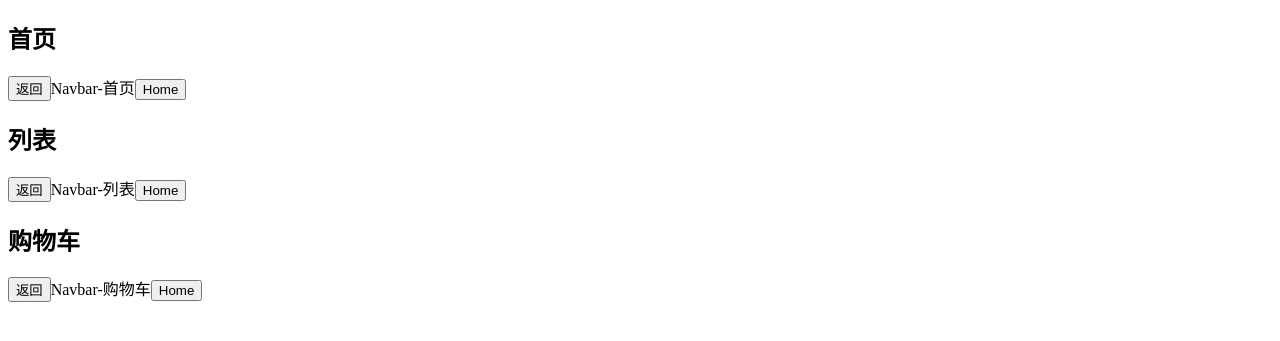
Repository: zenghao518518/React
Page: /
These files come from the project's save history. The page is drawn as it stood at one moment and after the next save; the edit follows.
The browser window is 1280 px wide. The pictures show the whole page.
The project was rebuilt for these pictures with package versions that can differ from the ones it lists, and the page was loaded fresh each time.

Above is the page before, as saved 2023-07-24 17:50:25.

After the next save:
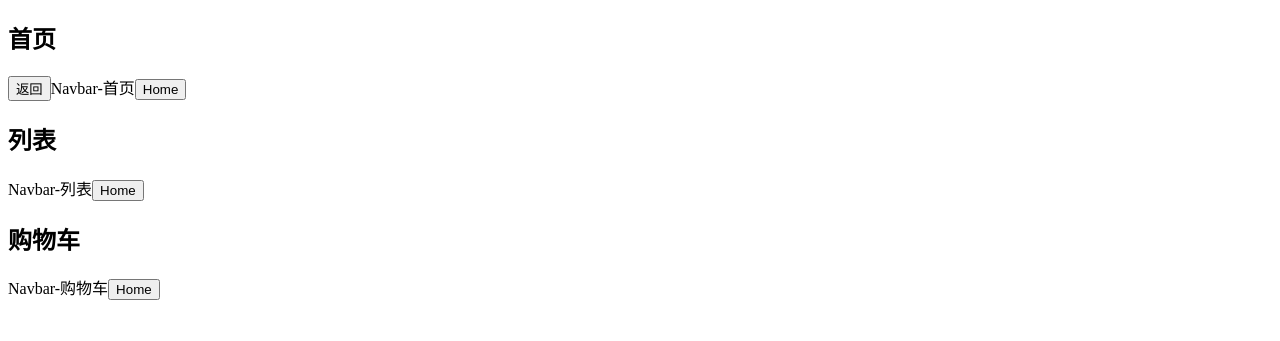
Saved 110 s later.
--- a/src/01-base/Navbar/index.js
+++ b/src/01-base/Navbar/index.js
@@ -8,12 +8,12 @@ export default class Navbar extends Component {
 
   render() {
     console.log(this.props)
-    let {title}= this.props
+    let {title,leftshow}= this.props
 
     return (
 
       <div>
-        <button>返回</button>
+        {leftshow && <button>返回</button>}
         Navbar-{title}
         <button>Home</button>
       </div>
